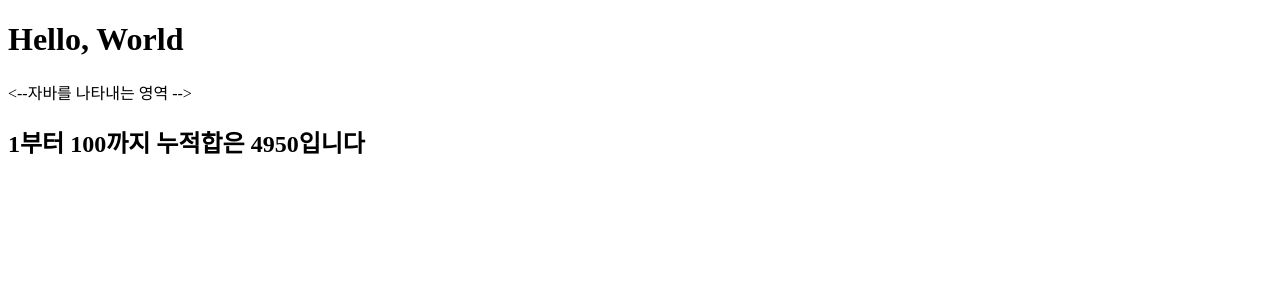
Repository: YERIN0531/SEOYERIN_WEBPRO
Page: http://localhost/ch02_semiJSP/ex1_hello.jsp
An editor plug-in stored every save of this project. The page is shown before and after the next save, followed by the edit.
The browser window is 1280 px wide. The pictures show the whole page.
The page is served by Tomcat 9.

Above is the page before, as saved 2022-05-19 05:17:28.

### gitSource/06_jsp/ch02_semiJSP/WebContent/ex1_hello.jsp
<%@ page language="java" contentType="text/html; charset=UTF-8"
    pageEncoding="UTF-8"%>
<!DOCTYPE html>
<html>
<head>
	<meta charset="UTF-8">
	<title>Insert title here</title>
</head>
<body>
	<h1>Hello, World</h1>

	<--자바를 나타내는 영역 -->
	<%
	int total = 0;
	for(int i = 1; i<100; i++){
		total += i;
	}
	%>
	<h2>1부터 100까지 누적합은 <%=total%>입니다</h2>
</body>
</html>

After the next save:
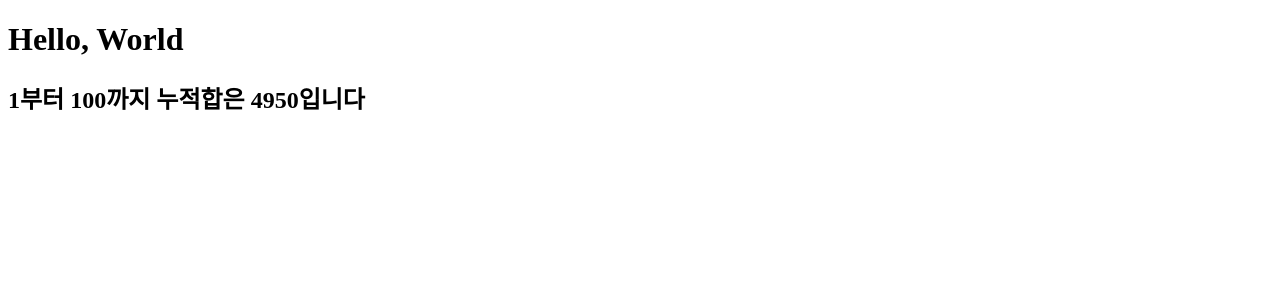
Saved 29 s later.
--- a/gitSource/06_jsp/ch02_semiJSP/WebContent/ex1_hello.jsp
+++ b/gitSource/06_jsp/ch02_semiJSP/WebContent/ex1_hello.jsp
@@ -9,7 +9,6 @@
 <body>
 	<h1>Hello, World</h1>
 
-	<--자바를 나타내는 영역 -->
 	<%
 	int total = 0;
 	for(int i = 1; i<100; i++){
